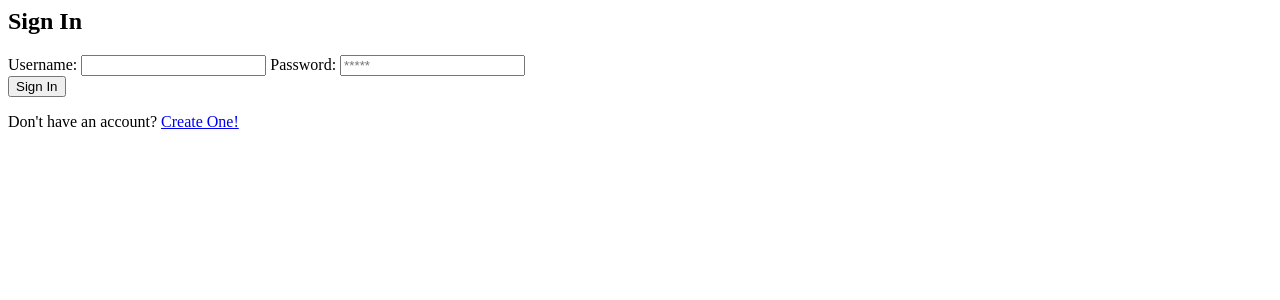
Repository: MikeMoore55/TheLibrary
Page: http://localhost/src/public/pages/sign-in.page.php
The author's editor kept a copy of each file at every save. The page is drawn from the files as they stood at one save, then again after the next save.
The browser window is 1280 px wide. The pictures show the whole page.
The page is run by PHP 8.4 with error messages shown; the project is at /var/www/html/.

Above is the page before, as saved 2022-07-06 15:45:45.

### src/public/pages/sign-in.page.php
<!-- this is the page for when user whats to sign in to his/her library account -->

<main>
    <form class="sign-in-form form-control" action="home" method="POST">
        <h2>Sign In</h2>
        <label for="exampleFormControlInput1" class="form-label">
            Username:
        </label>
        <input type="text" class="form-control" id="exampleFormControlInput1" name="username">
        <label for="exampleFormControlInput2" class="form-label">
            Password:
        </label>
        <input type="password" class="form-control" id="exampleFormControlInput2" placeholder="*****" name="password">
        <br>
        <input type="submit" class="btn btn-primary mb-3 btn-override" name="signIn" value="Sign In">
        <p>Don't have an account? <a href="signUp">Create One!</a></p>

    </form>
</main>

After the next save:
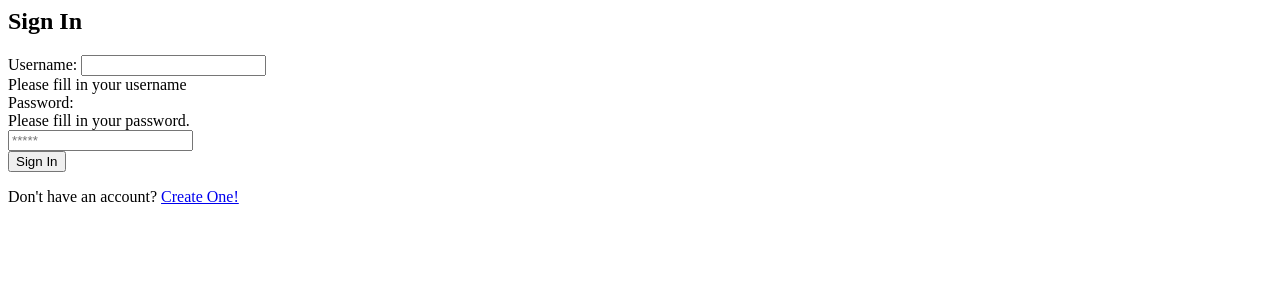
Saved 2 min 7 s later.
--- a/src/public/pages/sign-in.page.php
+++ b/src/public/pages/sign-in.page.php
@@ -7,9 +7,15 @@
             Username:
         </label>
         <input type="text" class="form-control" id="exampleFormControlInput1" name="username">
+        <div class="invalid-feedback">
+            Please fill in your username
+        </div>
         <label for="exampleFormControlInput2" class="form-label">
             Password:
         </label>
+        <div class="invalid-feedback">
+            Please fill in your password.
+        </div>
         <input type="password" class="form-control" id="exampleFormControlInput2" placeholder="*****" name="password">
         <br>
         <input type="submit" class="btn btn-primary mb-3 btn-override" name="signIn" value="Sign In">
